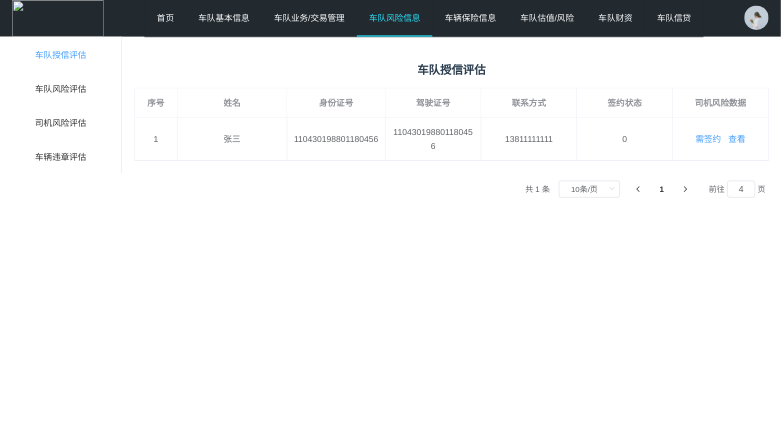
Repository: TheWomanLiketheWind/woodpecker
Page: /
An editor plug-in stored every save of this project. The page is shown before and after the next save, followed by the edit.
The browser window is 1280 px wide. The pictures show the whole page, at 61% of full size.
The project was rebuilt for these pictures with package versions that can differ from the ones it lists, and the page was loaded fresh each time. Also part of the build but not shown: src/views/menuThird.vue.

Above is the page before, as saved 2019-07-25 21:12:52.

After the next save:
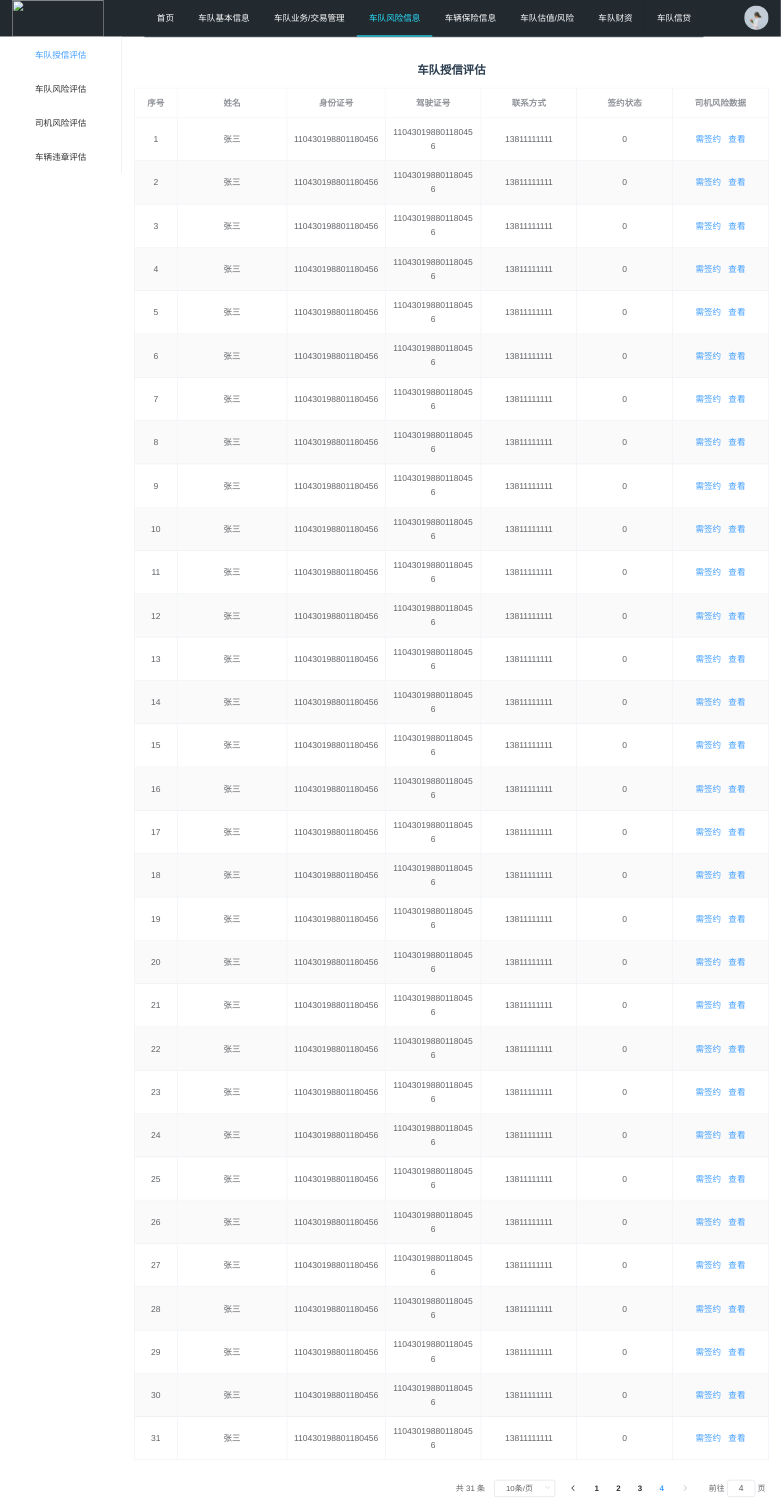
Saved 20 s later.
--- a/src/views/menuSecond.vue
+++ b/src/views/menuSecond.vue
@@ -89,6 +89,9 @@ export default Vue.extend({
       }
     };
   },
+  mounted() {
+    this.defined();
+  },
   methods: {
     defined() {
       for (let i = 0; i < 30; i++) {
